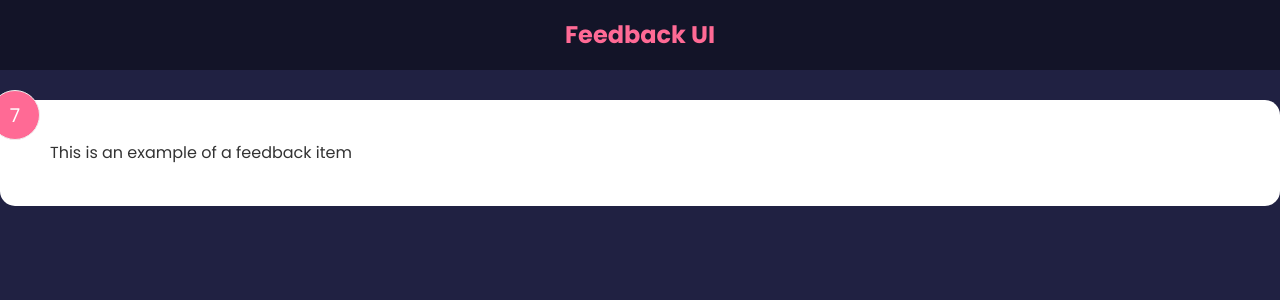
Repository: minhtien9/Feedback_App
Page: /
The author's editor kept a copy of each file at every save. The page is drawn from the files as they stood at one save, then again after a run of saves.
The browser window is 1280 px wide. The pictures show the whole page.
The project was rebuilt for these pictures with package versions that can differ from the ones it lists, and the page was loaded fresh each time.

Above is the page before, as saved 2022-02-17 17:56:25.

### src/index.css
@import url('https://fonts.googleapis.com/css2?family=Poppins:wght@400;600;700&display=swap');

* {
    box-sizing: border-box;
    margin: 0;
    padding: 0;
}

body {
    font-family: 'Poppins', sans-serif;
    background-color: #202142;
    color: #fff;
    line-height: 1.6;
}

ul {
    list-style: none;
}

.container {
    max-width: 768px;
    margin: auto;
    padding: 0 20px;
}

header {
    height: 70px;
    width: 100%;
    display: flex;
    justify-content: space-between;
    align-items: center;
    margin-bottom: 30px;
}

.card {
    background-color: #fff;
    color: #333;
    border-radius: 15px;
    padding: 40px 50px;
    margin: 20px 0;
    position: relative;
}

.card.reverse {
    background-color: rgba(0, 0, 0, 0.4);
    color: #fff;
}

.card h2 {
    font-size: 22px;
    font-weight: 600;
    text-align: center;
}

.rating {
    display: flex;
    align-items: center;
    justify-content: space-around;
    margin: 30px 0 40px;
}

.rating li,
.num-display {
    position: relative;
    background: #f4f4f4;
    width: 50px;
    height: 50px;
    padding: 10px;
    text-align: center;
    border-radius: 50%;
    font-size: 19px;
    border: 1px #eee solid;
    transition: 0.3s;
}

.rating li label {
    position: absolute;
    top: 50%;
    left: 50%;
    width: 50px;
    height: 50px;
    padding: 10px;
    border-radius: 50%;
    transform: translate(-50%, -50%);
    cursor: pointer;
}

.rating li:hover,
.num-display {
    background: #ff6a95;
    color: #fff;
}

[type='radio'] {
    opacity: 0;
}

[type='radio']:checked ~ label {
    background: #ff6a95;
    color: #fff;
}

.input-group {
    display: flex;
    flex-direction: row;
    border: 1px solid #ccc;
    padding: 8px 10px;
    border-radius: 8px;
}

input {
    flex-grow: 2;
    border: none;
    font-size: 16px;
}

input:focus {
    outline: none;
}

.feedback-stats {
    color: #fff;
    display: flex;
    justify-content: space-between;
    align-items: center;
}

.num-display {
    position: absolute;
    top: -10px;
    left: -10px;
}

.close,
.edit {
    position: absolute;
    top: 10px;
    right: 20px;
    cursor: pointer;
    background: none;
    border: none;
}

.edit {
    right: 40px;
}

.btn {
    color: #fff;
    border: 0;
    border-radius: 8px;
    color: #fff;
    width: 100px;
    height: 40px;
    cursor: pointer;
}

.btn-primary {
    background-color: #202142;
}

.btn-secondary {
    background: #ff6a95;
}

.btn:hover {
    transform: scale(0.98);
    opacity: 0.9;
}

.btn:disabled {
    background-color: #cccccc;
    color: #333;
    cursor: auto;
}

.btn:disabled:hover {
    transform: scale(1);
    opacity: 1;
}

.message {
    padding-top: 10px;
    text-align: center;
    color: rebeccapurple;
}

/* FIX: Remove position: absolute to keep about icon at the bottom of the
 * document */
.about-link {
    display: flex;
    justify-content: flex-end;
}

/* FIX: Remove position: absolute to keep about icon at the bottom of the
 * document */
.about-link a {
    color: #fff;
    cursor: pointer;
}

.about-link a:hover {
    color: #ff6a95;
}

.about h1 {
    margin-bottom: 20px;
}

.about p {
    margin: 10px 0;
}

@media (max-width: 600px) {
    .rating li {
        margin: 10px 3px;
    }

    .rating {
        display: flex;
        align-items: center;
        justify-content: center;
        flex-wrap: wrap;
        margin: 30px 0 40px;
    }

    .input-group input {
        width: 80%;
    }
}

### src/App.js
import FeedbackItem from './components/FeedbackItem'
import Header from './components/Header'

function App() {
    return (
        <div className='App'>
            <Header />
            <FeedbackItem />
        </div>
    )
}

export default App

### src/components/FeedbackItem.jsx
import React, { useState } from 'react'
import PropTypes from 'prop-types'

FeedbackItem.propTypes = {}

function FeedbackItem(props) {
    const [rating, setRating] = useState(7)
    const [text, setText] = useState('This is an example of a feedback item')
    return (
        <div>
            <div className='card'>
                <div className='num-display'>{rating}</div>
                <div className='text-display'>{text}</div>
            </div>
        </div>
    )
}

export default FeedbackItem

### src/components/Header.jsx
import React from 'react'
import PropTypes from 'prop-types'

Header.propTypes = {
    text: PropTypes.string,
    bgColor: PropTypes.string,
    textColor: PropTypes.string,
}

Header.defaultProps = {
    text: 'Feedback UI',
    bgColor: 'rgba(0,0,0,0.4)',
    textColor: '#ff6a95',
}

function Header({ text, bgColor, textColor }) {
    const headerStyles = { background: bgColor, color: textColor }
    return (
        <header style={headerStyles}>
            <div className='container'>
                <h2>{text}</h2>
            </div>
        </header>
    )
}

export default Header

Loaded but not shown: public/index.html (common file); src/index.js (common file)

After the next 2 saves:
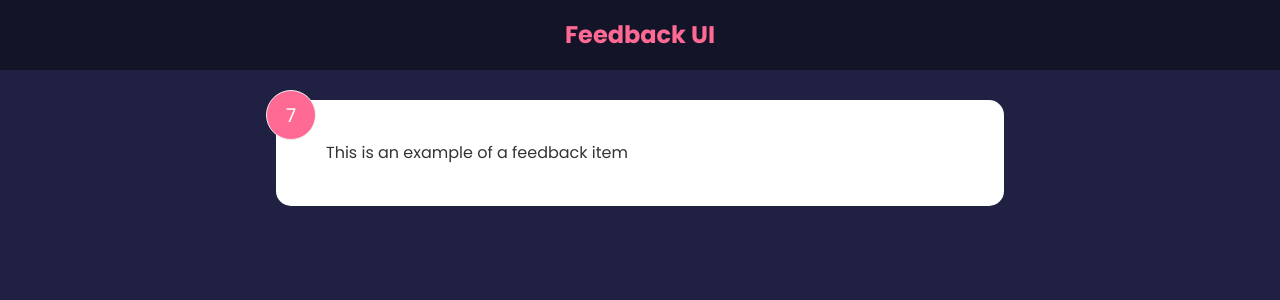
The 2 saves are shown as one change because they came seconds apart.
The last was saved 47 s later.
--- a/src/App.js
+++ b/src/App.js
@@ -5,7 +5,9 @@ function App() {
     return (
         <div className='App'>
             <Header />
-            <FeedbackItem />
+            <div className='container'>
+                <FeedbackItem />
+            </div>
         </div>
     )
 }
